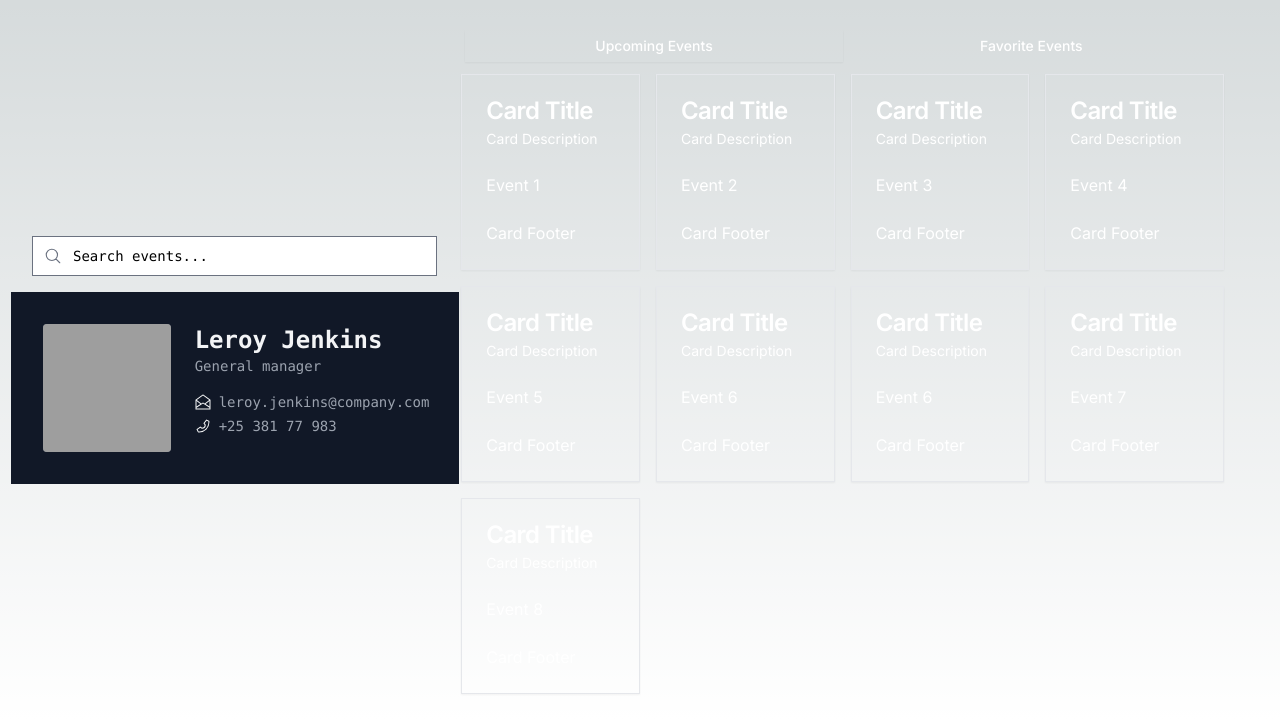
Repository: loktioncode/events-app
Page: /
These files come from the project's save history. The page is drawn as it stood at one moment and after the next save; the edit follows.
The browser window is 1280 px wide. The pictures show the whole page.
Pictures or frames that could not be fetched are drawn as grey boxes. The project was rebuilt for these pictures with package versions that can differ from the ones it lists, and the page was loaded fresh each time. The framework's server and built-in components were replaced by stand-ins that run in the browser. Also part of the build but not shown: next.config.js, components/favouriteEvents.tsx.

Above is the page before, as saved 2023-11-30 21:15:19.

After the next save:
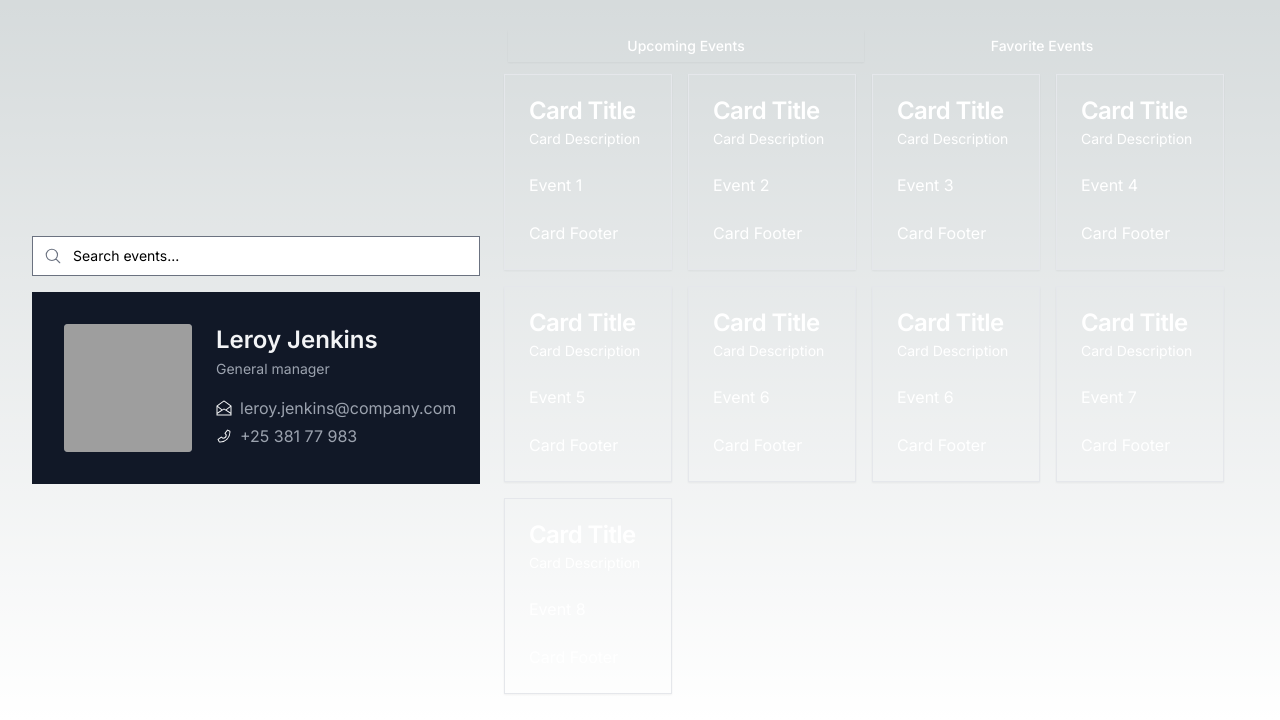
Saved 19 s later.
--- a/app/page.tsx
+++ b/app/page.tsx
@@ -20,7 +20,7 @@ export default function Home(
   return (
     <main className="flex max-h-screen flex-row items-center justify-between p-8">
 
-      <div className="items-center justify-between font-mono text-sm lg:flex w-4/12 flex-col">
+      <div className="flex flex-col">
         <Search placeholder="Search events..." />
         <BandInfo />
       </div >
